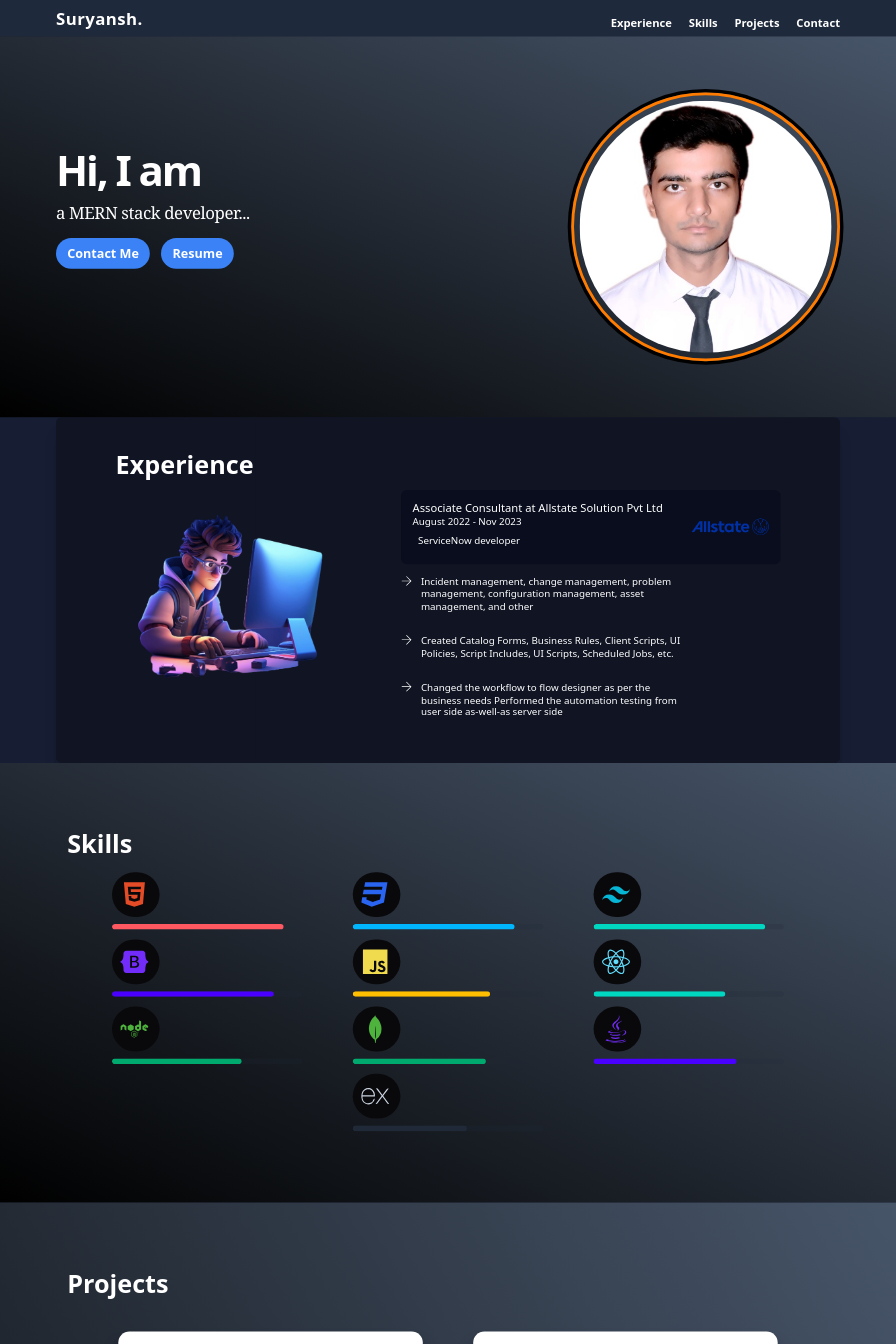
Repository: suryanshsingh99181/portfolio
Page: /
The author's editor kept a copy of each file at every save. The page is drawn from the files as they stood at one save, then again after the next save.
The browser window is 1280 px wide. The pictures show the part of the page from y = 0 to 1920 px (the page is 4134 px tall), at 70% of full size.
The project was rebuilt for these pictures with package versions that can differ from the ones it lists, and the page was loaded fresh each time. Also part of the build but not shown: vite.config.js.

Above is the page before, as saved 2024-08-23 09:15:47.

### src/main.jsx
import { StrictMode } from "react";
import { createRoot } from "react-dom/client";
import App from "./App.jsx";
import "./index.css";
import { BrowserRouter, Router } from "react-router-dom";

createRoot(document.getElementById("root")).render(
  <StrictMode>
    <App />
  </StrictMode>
);

### src/App.jsx
import Experience from "./Components/experience/Experience";
import Footer from "./Components/footer/Footer";
import Home from "./Components/home/Home";
import Navbar from "./Components/navbar/Navbar";
import Projects from "./Components/Projects/Projects";
import Skills from "./Components/skills/Skills";
import "./index.css";

function App() {
  return (
    <div className="bg-[#171d32] h-auto w-full overflow-hidden">
      <Navbar></Navbar>
      <Home></Home>
      <Experience></Experience>
      <Skills></Skills>
      <Projects></Projects>
      <Footer></Footer>
    </div>
  );
}

export default App;

### src/Components/experience/Experience.jsx
import { InboxArrowDownIcon } from "@heroicons/react/16/solid";
import { TfiArrowRight } from "react-icons/tfi";
import image from "../../assets/proj.png";
import allstate_logo from "../../assets/Allstate-Logo-2017.png";

const Experience = () => {
  return (
    <div
      id="Experience"
      className="text-white md:flex overflow-hidden items-center md:flex-wrap md:justify-center bg-black shadow-xl mx-0 md:mx-20 bg-opacity-30 rounded-lg p-12"
    >
      <div>
        <h2 className="text-2xl md:text-4xl font-bold">Experience</h2>
        <div className="md:flex flex-wrap flex-col md:flex-row items-center">
          <img
            className="md:h-80 -ml-28 pr-10"
            src={image}
            alt="Experience Image"
          />
          <ul>
            <div className="flex gap-10 bg-slate-950 bg-opacity-45 mt-4 rounded-lg p-4 items-center">
              <span className="text-white">
                <h2 className=" leading-tight ">
                  Associate Consultant at Allstate Solution Pvt Ltd
                </h2>
                <p className="text-sm leading-tight font-thin">
                  August 2022 - Nov 2023
                </p>
                <ul className="text-sm p-2">
                  <li>ServiceNow developer</li>
                </ul>
              </span>
              <span>
                <img src={allstate_logo} className="w-28 text-[#0033A0]" />
              </span>
            </div>
            <div className="flex gap-3 py-4">
              <TfiArrowRight />
              <span className="w-96">
                <p className="text-sm md:text-md leading-tight">
                  Incident management, change management, problem management,
                  configuration management, asset management, and other
                </p>
              </span>
            </div>
            <div className="flex gap-3 py-4">
              <TfiArrowRight />
              <span className="w-96">
                <p className="text-sm md:text-md leading-tight">
                  Created Catalog Forms, Business Rules, Client Scripts, UI
                  Policies, Script Includes, UI Scripts, Scheduled Jobs, etc.
                </p>
              </span>
            </div>

            <div className="flex gap-3 py-4">
              <TfiArrowRight />
              <span className="w-96">
                <p className="text-sm md:text-md leading-tight">
                  Changed the workflow to flow designer as per the business
                  needs Performed the automation testing from user side
                  as-well-as server side
                </p>
              </span>
            </div>
          </ul>
        </div>
      </div>
    </div>
  );
};

export default Experience;

### src/Components/footer/Footer.jsx
import { CiLinkedin } from "react-icons/ci";
import { FaGithub } from "react-icons/fa";
import { MdOutlineEmail } from "react-icons/md";

const Footer = () => {
  return (
    <div
      id="Contact"
      className="flex justify-around bg-gradient-to-tr from-black to to-slate-600 text-white p-10 md:p-12 items-center"
    >
      <div>
        <h1 className="text-2xl md:text-6xl font-bold">Contact</h1>
        <h3 className="ml-2 text-2xl md:text-sm font-normal ">
          Feel Free to reachout..
        </h3>
      </div>
      <ul className="text-sm md:text-xl">
        <li className="flex gap-1 items-center">
          <MdOutlineEmail />
          suryanshsingh99181@gmail.com
        </li>
        <li className="flex gap-1 items-center">
          <CiLinkedin />
          linkedin.com/in/suryansh_s1
        </li>
        <li className="flex gap-1 items-center">
          <FaGithub />
          github.com/surynshsingh99181
        </li>
      </ul>
    </div>
  );
};

export default Footer;
<div></div>;

### src/Components/home/Home.jsx
import React from "react";
import image from "../../assets/suryansh.jpg";
import TextChanger from "../../TextChanger";

const Home = () => {
  const handleScroll = () => {
    const contactSection = document.getElementById("Contact");
    if (contactSection) {
      contactSection.scrollIntoView({ behavior: "smooth" });
    }
  };
  return (
    <div className="bg-gradient-to-tr from-black to to-slate-600 text-white flex w-full justify-between items-start p-10 md:p-20">
      <div className="md:w-2/4 md:pt-10 mt-10">
        <h1 className="text-3xl md:text-6xl font-bold flex leading-normal tracking-tighter ">
          <TextChanger className=" whitespace-nowrap" />
        </h1>
        <p className="text-sm md:text-2xl leading-tight tracking-tight font-serif mt-4">
          a MERN stack developer...
        </p>
        <button
          className=" bg-blue-500 mt-5 md:md-10 text-white py-2 px-3 text-sm md:text-lg md:px-4 hover: duration-200 hover:bg-transparent hover:border-2 hover:border-[#FF7C00] font-semibold rounded-3xl"
          onClick={handleScroll}
        >
          Contact Me
        </button>
        <button
          className=" bg-blue-500 mt-5 ml-4 md:md-10 text-white py-2 px-3 text-sm md:text-lg md:px-4 hover: duration-200 hover:bg-transparent hover:border-2 hover:border-[#FF7C00] font-semibold rounded-3xl"
          onClick={""}
        >
          Resume
        </button>
      </div>
      <div>
        <img
          className="h-96 w-96 rounded-full object-cover object-center p-2 border-4 border-[#FF7C00] shadow-[0_0_0_5px_rgba(0,0,0,1)]"
          src={image}
          alt=""
        />
      </div>
    </div>
  );
};

export default Home;

### src/Components/navbar/Navbar.jsx
import { RiCloseLine, RiMenu3Line } from "@remixicon/react";
import React, { useState } from "react";

const Navbar = () => {
  const [showMenu, setShowMenu] = useState(true);
  const [menu, openMenu] = useState(false);
  return (
    <nav className="flex flex-wrap justify-between md:items-center text-white px-10 md:px-20 bg-slate-800 ">
      <span className="text-2xl font-bold tracking-wide hover:text-blue-300">
        Suryansh.
      </span>
      <ul
        className={`mx-24 mt-3 py-2 font-semibold md:-5 md:border-none  md:bg-transparent md:static md:mx-0 md:flex gap-6 ${
          menu ? "block" : "hidden"
        }`}
      >
        <a href="#Experience">
          <li className="text-md transition-all duration-500 p-1 md:p-0 hover:text-blue-300 hover:underline ">
            Experience
          </li>
        </a>
        <a href="#Skills">
          <li className="text-md transition-all duration-300 p-1 md:p-0 hover:text-blue-300 hover:underline">
            Skills
          </li>
        </a>
        <a href="#Projects">
          <li className="text-md transition-all duration-300 p-1 md:p-0 hover:text-blue-300 hover:underline">
            Projects
          </li>
        </a>
        <a href="#Contact">
          <li className="text-md transition-all duration-300 p-1 md:p-0 hover:text-blue-300 hover:underline">
            Contact
          </li>
        </a>
      </ul>
      {showMenu ? (
        <RiMenu3Line
          size={30}
          className="md:hidden absolute right-10 top-6 transition-all duration-300"
          onClick={() => {
            openMenu(!menu);
            setShowMenu(!showMenu);
          }}
        />
      ) : (
        <RiCloseLine
          size={30}
          className="md:hidden absolute right-10 top-6 transition-all duration-300"
          onClick={() => {
            openMenu(!menu);
            setShowMenu(!showMenu);
          }}
        />
      )}
    </nav>
  );
};

export default Navbar;

### src/Components/Projects/Projects.jsx
import ProjectCard from "./ProjectCard";
import proj1 from "../../assets/1.jpg";
import proj2 from "../../assets/2.jpg";
import proj3 from "../../assets/3.png";
import proj4 from "../../assets/6.png";
import proj5 from "../../assets/4.jpeg";
import proj6 from "../../assets/5.jpg";

const Projects = () => {
  return (
    <div
      id="Projects"
      className=" bg-gradient-to-tr from-black to to-slate-600 p-10 md:p-24 text-white"
    >
      <h1 className="text-2xl md:text-4xl text-white font-bold">Projects</h1>

      <div className="py-12 flex flex-wrap justify-evenly gap-y-3">
        {/*  py-12 px-8 flex flex-wrap justify-around mb-1 gap-y-2 */}
        <ProjectCard
          imgSrc={proj1}
          title="Authentication App"
          main="Tech Stack: MERN"
        />
        <ProjectCard
          imgSrc={proj2}
          title="Social Media App"
          main="Tech Stack: ReactJs & Bootstrap"
        />
        <ProjectCard
          imgSrc={proj3}
          title="Calculator"
          main="Tech Stack: ReactJs & TailwindCss"
        />
        <ProjectCard
          imgSrc={proj4}
          title="Rock-Paper-Scissor Game"
          main="Tech Stack: HTML, TailwindCss & Javascript"
        />
        <ProjectCard
          imgSrc={proj5}
          title="Myntra Functional Clone"
          main="Tech Stack: HTML, TailwindCss & Javascript"
        />
        <ProjectCard
          imgSrc={proj6}
          title="Amazon Clone UI"
          main="Tech Stack: HTML & CSS"
        />
      </div>
    </div>
  );
};

export default Projects;

### src/Components/skills/Skills.jsx
import { Progress } from "@material-tailwind/react";
import "daisyui/dist/full.css";
import {
  FaCss3,
  FaFigma,
  FaGoogle,
  FaHtml5,
  FaJava,
  FaJs,
  FaNode,
  FaReact,
} from "react-icons/fa";
import {
  SiBootstrap,
  SiExpress,
  SiMongodb,
  SiRadixui,
  SiTailwindcss,
} from "react-icons/si";

import image from "../../assets/proj.png";

const Skills = () => {
  return (
    <div
      id="Skills"
      className="p-10 md:p-24 bg-gradient-to-tr from-black to to-slate-600"
    >
      <h1 className="text-2xl md:text-4xl text-white font-bold">Skills</h1>
      <div className="mt-5">
        <div className=" flex flex-wrap justify-evenly w-auto gap-2">
          <div className="w-1/4">
            <span className="p-3 bg-zinc-950 flex items-center rounded-full w-1/4">
              <FaHtml5 className=" text-[#e34c26] w-10 h-10" />
            </span>
            <progress
              className="progress progress-error w-full"
              value="90"
              max="100"
            ></progress>
          </div>
          <div className="w-1/4">
            <span className="p-3 bg-zinc-950 flex items-center rounded-full w-1/4">
              <FaCss3 className=" text-[#2965f1] w-10 h-10" />
            </span>
            <progress
              className="progress progress-info w-full"
              value="85"
              max="100"
            ></progress>
          </div>
          <div className="w-1/4">
            <span className="p-3 bg-zinc-950 flex items-center rounded-full w-1/4">
              <SiTailwindcss className=" text-[#06b6d4] w-10 h-10" />
            </span>
            <progress
              className="progress progress-accent w-full"
              value="90"
              max="100"
            ></progress>
          </div>
          <div className="w-1/4">
            <span className="p-3 bg-zinc-950 flex items-center rounded-full w-1/4">
              <SiBootstrap className=" text-[#712CF9] w-10 h-10" />
            </span>
            <progress
              className="progress progress-primary w-full"
              value="85"
              max="100"
            ></progress>
          </div>
          <div className="w-1/4">
            <span className="p-3 bg-zinc-950 flex items-center rounded-full w-1/4">
              <FaJs className="text-[#f0db4f] w-10 h-10" />
            </span>
            <progress
              className="progress progress-warning w-full"
              value="72"
              max="100"
            ></progress>
          </div>
          <div className="w-1/4">
            <span className="p-3 bg-zinc-950 flex items-center rounded-full w-1/4">
              <FaReact className=" text-[#61dbfb] w-10 h-10" />
            </span>
            <progress
              className="progress progress-accent w-full"
              value="69"
              max="100"
            ></progress>
          </div>{" "}
          <div className="w-1/4">
            <span className="p-3 bg-zinc-950 flex items-center rounded-full w-1/4">
              <FaNode className="text-[#4db33d] w-10 h-10" />
            </span>
            <progress
              className="progress progress-success w-full"
              value="68"
              max="100"
            ></progress>
          </div>{" "}
          <div className="w-1/4">
            <span className="p-3 bg-zinc-950 flex items-center rounded-full w-1/4">
              <SiMongodb className="text-[#4db33d] w-10 h-10" />
            </span>
            <progress
              className="progress progress-success w-full"
              value="70"
              max="100"
            ></progress>
          </div>
          <div className="w-1/4">
            <span className="p-3 bg-zinc-950 flex items-center rounded-full w-1/4">
              <FaJava className="text-[#712CF5] w-10 h-10" />
            </span>
            <progress
              className="progress progress-primary w-full"
              value="75"
              max="100"
            ></progress>
          </div>{" "}
          <div className="w-1/4">
            <span className="p-3 bg-zinc-950 flex items-center rounded-full w-1/4">
              <SiExpress className="text-slate-300 w-10 h-10" />
            </span>
            <progress
              className="progress progress-progress w-full"
              value="60"
              max="100"
            ></progress>
          </div>
        </div>
      </div>
    </div>
  );
};

export default Skills;

### src/TextChanger.jsx
import { useState, useEffect } from "react";

const TextChanger = () => {
  const texts = [
    "Hi, I am Suryansh!!",
    "Hi, I am Suryansh!!",
    "Hi, I am Suryansh!!",
  ];
  const [currentText, setCurrentText] = useState("");
  const [endValue, setEndValue] = useState(true);
  const [isForward, setIsForward] = useState(true);
  const [index, setIndex] = useState(0);

  useEffect(() => {
    const intervalId = setInterval(() => {
      setCurrentText(texts[index].substring(0, endValue));
      if (isForward) {
        setEndValue((prev) => prev + 1);
      } else {
        setEndValue((prev) => prev - 1);
      }
      if (endValue > texts[index].length + 10) {
        setIsForward(false);
      }
      if (endValue < 2.1) {
        setIsForward(true);
        setIndex((prev) => prev & texts.length);
      }
    }, 50);
    return () => clearInterval(intervalId);
  }, [endValue, isForward, index, texts]);
  return <div className="transition ease duration-300">{currentText}</div>;
};

export default TextChanger;

### src/Components/Projects/ProjectCard.jsx
import suryansh from "../../assets/suryansh.jpg";

const ProjectCard = ({ imgSrc, title, main }) => {
  return (
    <div className="w-2/5 p-2 md:p-6 flex flex-col bg-white shadow-xl shadow-slate-900 rounded-2xl">
      <img
        className="p-2 rounded-3xl shadow-md shadow-black h-96"
        src={imgSrc}
        alt="bannerimage"
      />
      <h3 className=" pt-2 px-4 text-xl md:text-2xl font-semibold leading-normal text-slate-600">
        {title}
      </h3>
      <p className="px-4 text-sm md:text-base leading-tight py-2 text-red-400">
        {main}
      </p>
      <div className="md:p-4 flex gap-2 md:gap-4 ">
        <button className="md:mt-10 text-white py-2 px-3 text-sm md:text-lg md:py-2 md:px-4 hover:opacity-85 duration-300 hover:scale-105 font-semibold rounded-3xl bg-[#465697]">
          Demo
        </button>
        <button className="md:mt-10 text-white py-2 px-3 text-sm md:text-lg md:py-2 md:px-4 hover:opacity-85 duration-300 hover:scale-105 font-semibold rounded-3xl bg-[#465697]">
          Source Code
        </button>
      </div>
    </div>
  );
};

export default ProjectCard;

Loaded but not shown: index.html (common file); src/index.css (common file); tailwind.config.js (common file)

After the next save:
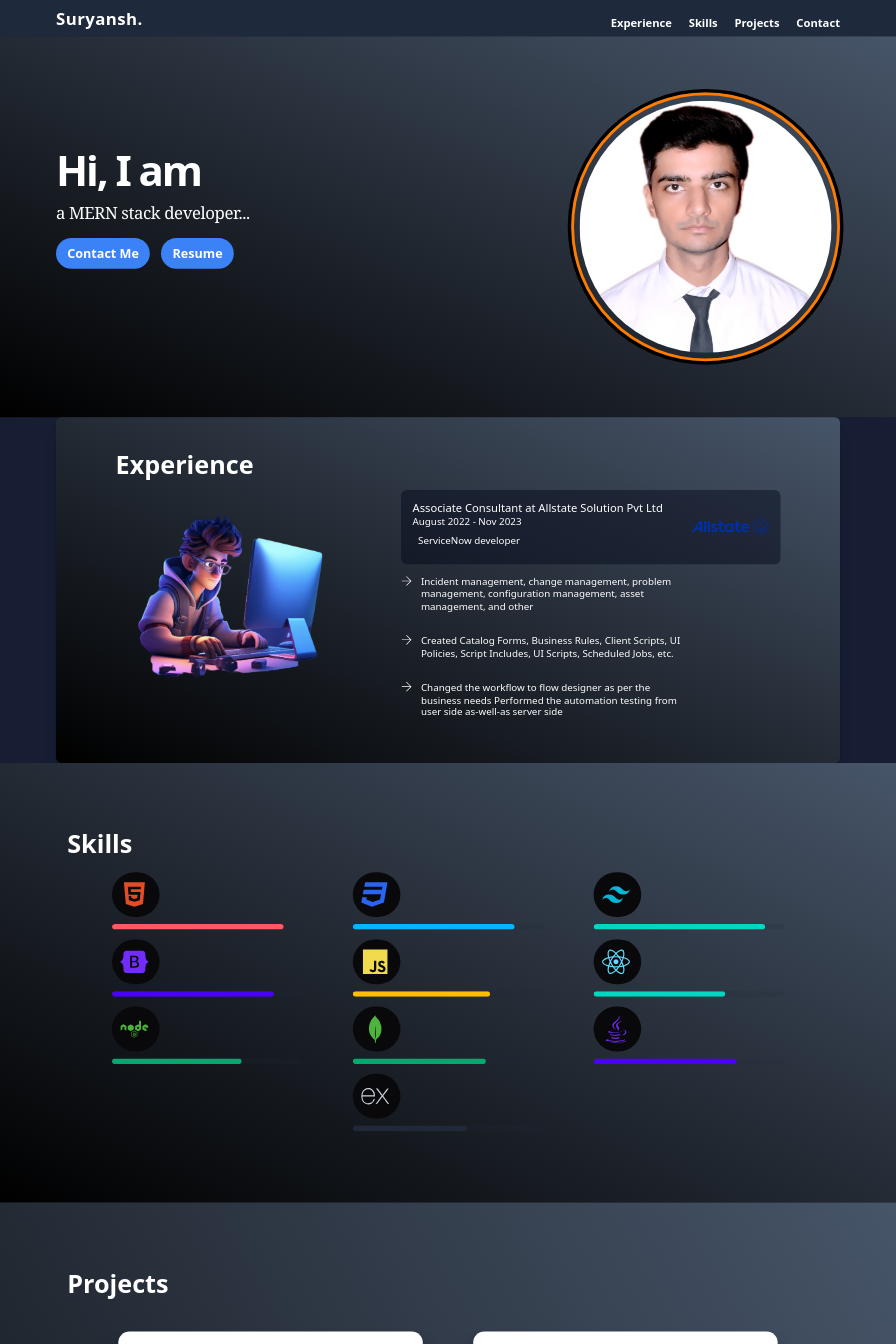
Saved 63 s later.
--- a/src/Components/experience/Experience.jsx
+++ b/src/Components/experience/Experience.jsx
@@ -7,7 +7,7 @@
   return (
     <div
       id="Experience"
-      className="text-white md:flex overflow-hidden items-center md:flex-wrap md:justify-center bg-black shadow-xl mx-0 md:mx-20 bg-opacity-30 rounded-lg p-12"
+      className="text-white md:flex overflow-hidden items-center md:flex-wrap md:justify-center bg-gradient-to-tr from-black to to-slate-600 shadow-xl mx-0 md:mx-20 bg-opacity-30 rounded-lg p-12"
     >
       <div>
         <h2 className="text-2xl md:text-4xl font-bold">Experience</h2>

After the save that followed:
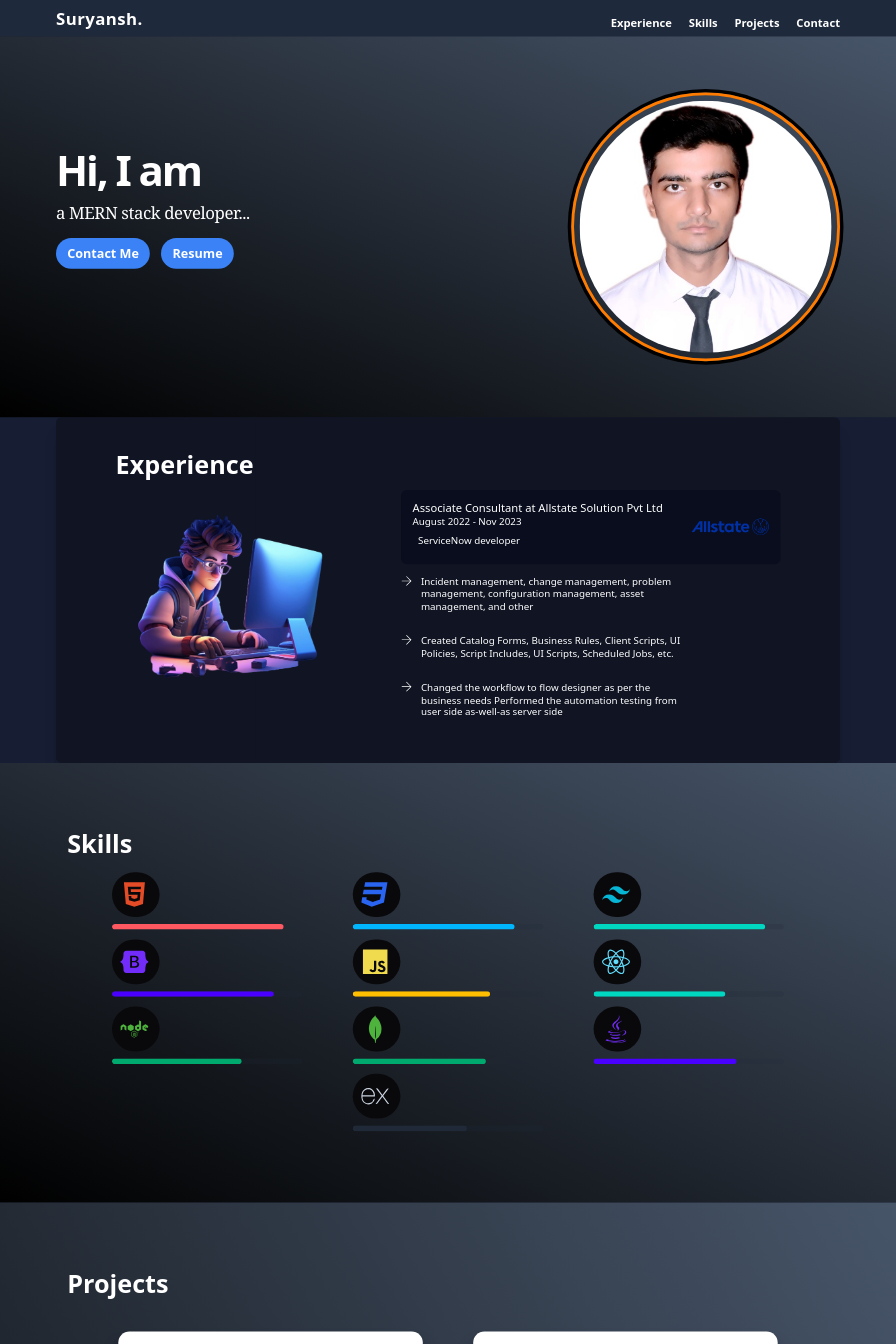
Saved 20 s later.
--- a/src/Components/experience/Experience.jsx
+++ b/src/Components/experience/Experience.jsx
@@ -7,7 +7,7 @@
   return (
     <div
       id="Experience"
-      className="text-white md:flex overflow-hidden items-center md:flex-wrap md:justify-center bg-gradient-to-tr from-black to to-slate-600 shadow-xl mx-0 md:mx-20 bg-opacity-30 rounded-lg p-12"
+      className="text-white md:flex overflow-hidden items-center md:flex-wrap md:justify-center bg-black shadow-xl mx-0 md:mx-20 bg-opacity-30 rounded-lg p-12"
     >
       <div>
         <h2 className="text-2xl md:text-4xl font-bold">Experience</h2>
